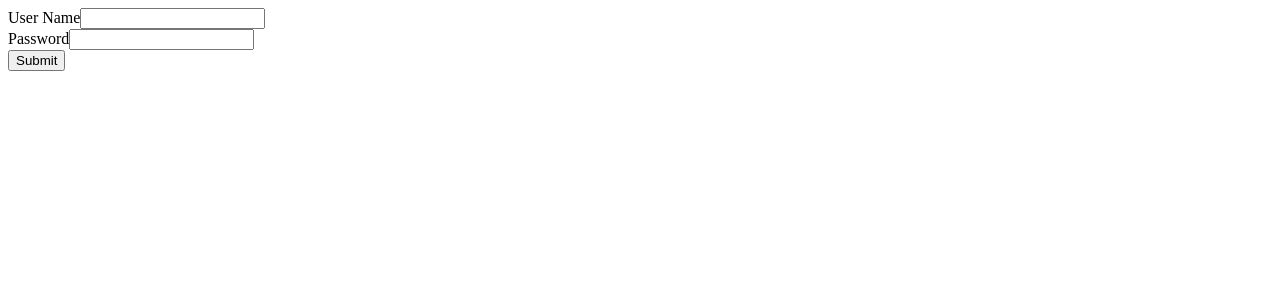
Repository: laxmichauhan/Student-Data-Insertion
Page: Application1/WebContent/login.html
These files come from the project's save history. The page is drawn as it stood at one moment and after the next save; the edit follows.
The browser window is 1280 px wide. The pictures show the whole page.

Above is the page before, as saved 2019-02-19 06:03:12.

After the next save:
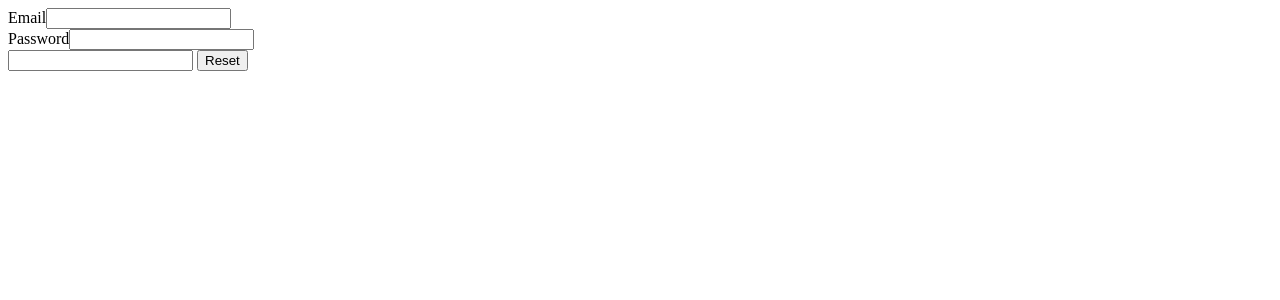
Saved 46 s later.
--- a/Application1/WebContent/login.html
+++ b/Application1/WebContent/login.html
@@ -6,9 +6,11 @@
 </head>
 <body>
 <form action="Verify" method="post">
-User Name<input type="text" name="Uname"/><br>
+Email<input type="text" name="email"/><br>
 Password<input type="password" name="password"/><br>
-<input type="Submit" name="sub"/><br>
+<input type="Login" name="login"/>
+<input type="Reset" name="reset"/>
+
 </form>
 </body>
 </html>
